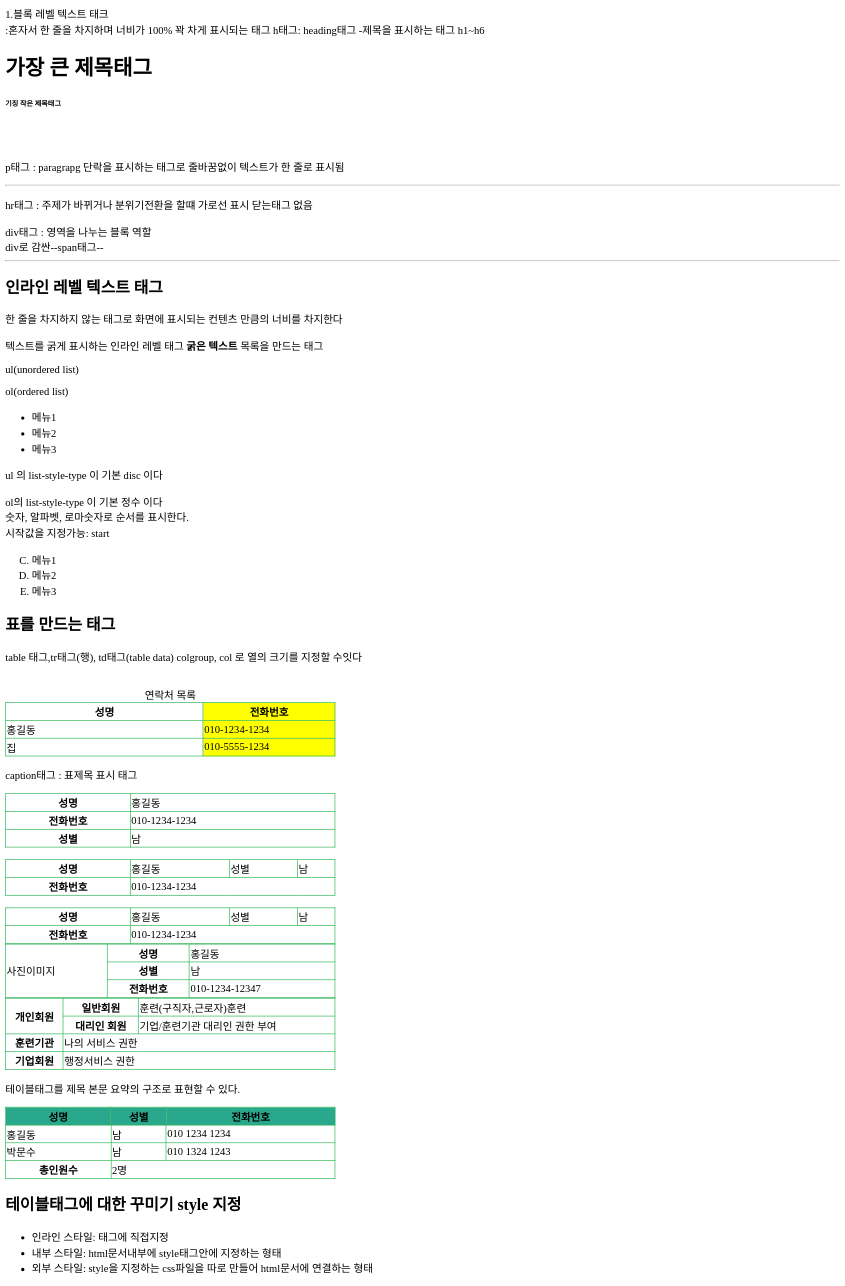
Repository: hana825/Web
Page: web/WebContent/index.html
The author's editor kept a copy of each file at every save. The page is drawn from the files as they stood at one save, then again after the next save.
The browser window is 1280 px wide. The pictures show the whole page, at 66% of full size.

Above is the page before, as saved 2022-03-17 08:09:24.

### web/WebContent/index.html
<!DOCTYPE html>
<html>
<head>
<meta charset="UTF-8">
<title>Insert title here</title>

<style>
table{width:500px;
	  border-collapse: collapse;
	  border: 1px solid #29b352;
}
thead {background-color : #2aa88d;
}
th, td {border: 1px solid #29b352;
}
</style>
</head>

<body>
1.블록 레벨 텍스트 태크<br>
:혼자서 한 줄을 차지하며 너비가 100% 꽉 차게 표시되는 태그

h태그: heading태그 -제목을 표시하는 태그 h1~h6
<h1>가장 큰 제목태그</h1>
<h6>기징 작은 제목태그</h6>
<br><br>
<p>
p태그 : paragrapg 단락을 표시하는 태그로
줄바꿈없이 텍스트가 한 줄로 표시됨
</p>
<hr>

<p>
hr태그 : 주제가 바뀌거나 분위기전환을 할떄 가로선 표시
닫는태그 없음
</p>
<div>
div태그 : 영역을 나누는 블록 역할
</div>

<div> div로 감싼<span>--span태그--</span>
</div>


<hr>

<h2>인라인 레벨 텍스트 태그</h2>
<p> 한 줄을 차지하지 않는 태그로 화면에 표시되는 컨텐츠 만큼의 너비를 차지한다
</p>
<!-- 실행에서 제외하고자 하는 코드는 주석처리 -->
텍스트를 굵게 표시하는 인라인 레벨 태그
<strong>굵은 텍스트
</strong>
목록을 만드는 태그
<p>ul(unordered list)</p>
<p>ol(ordered list)</p>
<ul>
	<li>메뉴1</li>
	<li>메뉴2</li>
	<li>메뉴3</li>
</ul>
<p>ul 의 list-style-type 이 기본 disc 이다</p>
<p>ol의 list-style-type 이 기본 정수 이다<br>
   숫자, 알파벳, 로마숫자로 순서를 표시한다.<br>
   시작값을 지정가능: start<br>
</p>

<ol start='3' type="A">
	<li>메뉴1</li>
	<li>메뉴2</li>
	<li>메뉴3</li>
</ol>

<h2>표를 만드는 태그</h2>
<p>table 태그,tr태그(행), td태그(table data)
colgroup, col 로 열의 크기를 지정할 수잇다
</p><br>

<table >
	<colgroup>
		<col style='width:150px'>
		<col style='width:100px; background-color:yellow'>
	</colgroup>
	<caption>연락처 목록</caption>
	<tr><th>성명</th><th>전화번호</th></tr>
	<tr><td>홍길동</td><td>010-1234-1234</td></tr>
	<tr><td>집</td><td>010-5555-1234</td></tr>
</table>

<p> caption태그 : 표제목 표시 태그
</p>

<table  >
	<tr><th>성명</th>
		<td>홍길동</td>
	</tr>
		<tr><th>전화번호</th>
		<td>010-1234-1234</td>
	</tr>
		<tr><th>성별</th>
		<td>남</td>
	</tr>
</table>
<br>
<table  >
	<tr><th>성명</th>
		<td>홍길동</td>
		<td>성별</td>
		<td>남</td>
	</tr>
		<tr><th>전화번호</th>
		<td colspan='3'>010-1234-1234</td>

</table>
<br>

<table  >
	<tr><th>성명</th>
		<td>홍길동</td>
		<td>성별</td>
		<td>남</td>
	</tr>
		<tr><th>전화번호</th>
		<td colspan='3'>010-1234-1234</td>

</table>

<table  >
	<tr><td rowspan ='3'>사진이미지</td>
		<th>성명</th>
		<td>홍길동</td>
	</tr>
	<tr>
		<th>성별</th>
		<td>남</td>
	</tr>
		<tr>
		<th>전화번호</th>
		<td>010-1234-12347</td>
	</tr>

</table>

<table  >
	<tr><th rowspan ='2'>개인회원</th>
		<th>일반회원</th>
		<td>훈련(구직자,근로자)훈련</td>
	</tr>
	<tr>
		<th>대리인 회원</th>
		<td>기업/훈련기관 대리인 권한 부여</td>
	</tr>
	<tr>
		<th>훈련기관</th>
		<td colspan='2'>나의 서비스 권한</td>
	</tr>
	<tr>
		<th>기업회원</th>
		<td colspan='2'>행정서비스 권한</td>
	</tr>


</table>
<p>
테이블태그를 제목 본문 요약의 구조로 표현할 수 있다.
</p>
<table >
	<thead>
		<tr>
			<th>성명</th>
			<th>성별</th>
			<th>전화번호</th>
		</tr>
	</thead>
	<tbody>
		<tr>
			<td>홍길동</td>
			<td>남</td>
			<td>010 1234 1234</td>
		</tr>
		<tr>
			<td>박문수</td>
			<td>남</td>
			<td>010 1324 1243</td>
		</tr>
	</tbody>
	<tfoot>
		<tr>
			<th>총인원수</th>
			<td colspan='2'>2명</td>
		</tr>
	</tfoot>
</table>

<h2>테이블태그에 대한 꾸미기 style 지정</h2>
<ul>
	<li>인라인 스타일: 태그에 직접지정</li>
	<li>내부 스타일: html문서내부에 style태그안에 지정하는 형태</li>
	<li>외부 스타일: style을 지정하는 css파일을 따로 만들어 html문서에 연결하는 형태</li>
</ul>












</body>
</html>

After the next save:
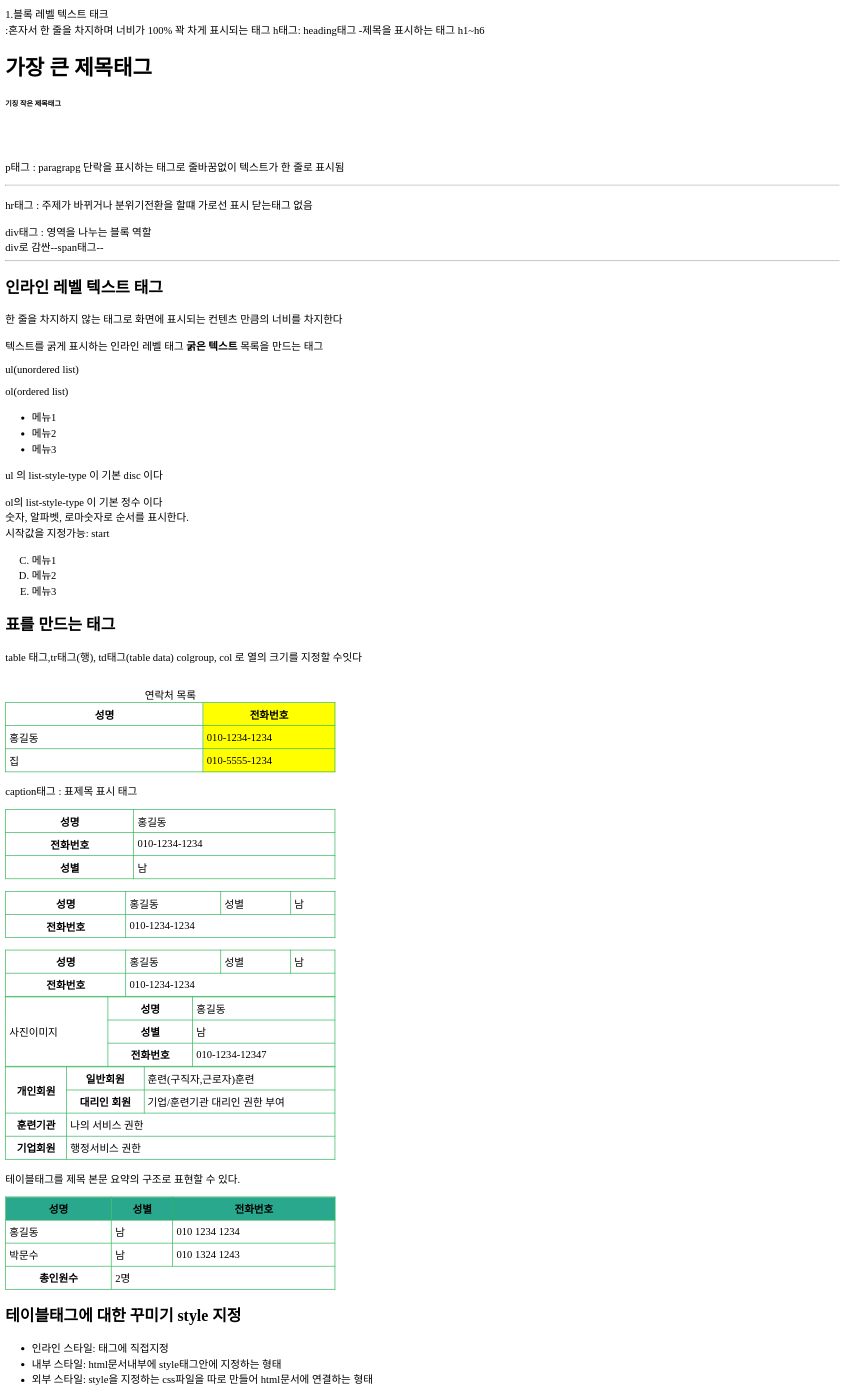
Saved 2 min 18 s later.
--- a/web/WebContent/index.html
+++ b/web/WebContent/index.html
@@ -9,9 +9,12 @@ table{width:500px;
 	  border-collapse: collapse;
 	  border: 1px solid #29b352;
 }
-thead {background-color : #2aa88d;
+thead {
+	background-color : #2aa88d;
 }
-th, td {border: 1px solid #29b352;
+th, td {
+	border: 1px solid #29b352;
+	padding: 5px;
 }
 </style>
 </head>
